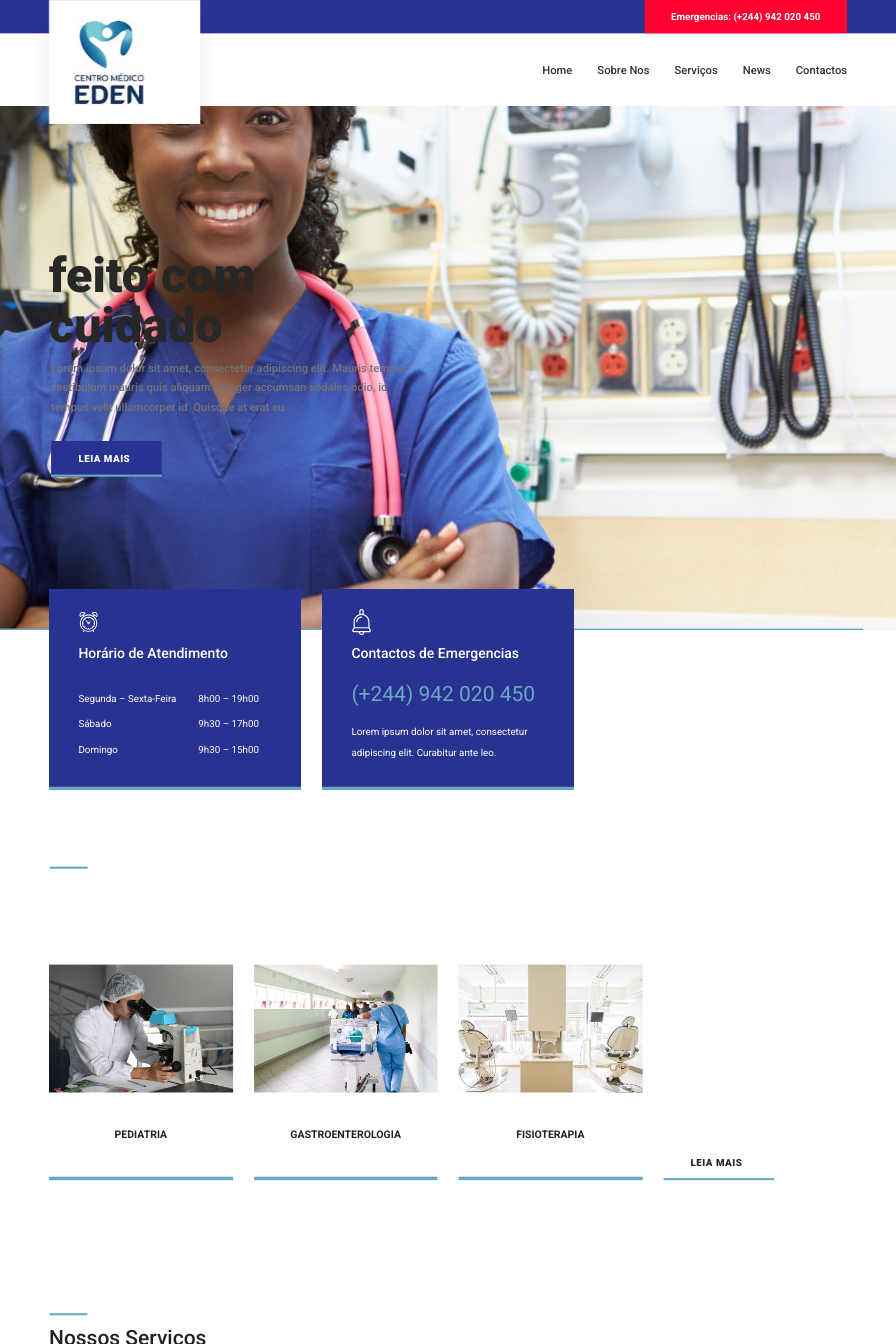
Repository: Nanitamo/centro-medico-eden-webpage
Page: http://localhost/
An editor plug-in stored every save of this project. The page is shown before and after the next save, followed by the edit.
The browser window is 1280 px wide. The pictures show the part of the page from y = 0 to 1920 px (the page is 4002 px tall), at 70% of full size.
The page is run by PHP 8.4 with error messages shown; the project is at /var/www/html/.

Above is the page before, as saved 2020-06-18 17:42:52.

### index.php
<?php  ?>

<!DOCTYPE html>
<html lang="pt">
<head>
<title>Centro Médico Eden</title>
<meta charset="utf-8">
<meta http-equiv="X-UA-Compatible" content="IE=edge">
<meta name="description" content="CareMed demo project">
<meta name="viewport" content="width=device-width, initial-scale=1">
<link rel="stylesheet" type="text/css" href="styles/bootstrap4/bootstrap.min.css">
<link href="plugins/font-awesome-4.7.0/css/font-awesome.min.css" rel="stylesheet" type="text/css">
<link rel="stylesheet" type="text/css" href="plugins/OwlCarousel2-2.2.1/owl.carousel.css">
<link rel="stylesheet" type="text/css" href="plugins/OwlCarousel2-2.2.1/owl.theme.default.css">
<link rel="stylesheet" type="text/css" href="plugins/OwlCarousel2-2.2.1/animate.css">
<link rel="stylesheet" type="text/css" href="styles/main_styles.css">
<link rel="stylesheet" type="text/css" href="styles/responsive.css">
</head>
<body>

<div class="super_container">

	<!-- Header -->

	<header class="header trans_200">

		<!-- Top Bar -->
		<div class="top_bar">
			<div class="container">
				<div class="row">
					<div class="col">
						<div class="top_bar_content d-flex flex-row align-items-center justify-content-start">
							<!-- <div class="top_bar_item"><a href="#">FAQ</a></div>
							<div class="top_bar_item"><a href="#">Request an Appointment</a></div> -->
							<div class="emergencies  d-flex flex-row align-items-center justify-content-start ml-auto">Emergencias: (+244) 942 020 450</div>
						</div>

					</div>
				</div>
			</div>
		</div>

		<!-- Header Content -->
		<div class="header_container">
			<div class="container">
				<div class="row">
					<div class="col">
						<div class="header_content d-flex flex-row align-items-center justify-content-start">
							<nav class="main_nav ml-auto">
								<ul>
									<!-- <li><a href="index.html">Home</a></li>
									<li><a href="about.html">Sobre Nos</a></li>
									<li><a href="services.html">Serviços</a></li>
									<li><a href="news.html">News</a></li>
									<li><a href="contact.html">Contactos</a></li> -->
									<li><a href="#">Home</a></li>
									<li><a href="#">Sobre Nos</a></li>
									<li><a href="#">Serviços</a></li>
									<li><a href="#">News</a></li>
									<li><a href="#">Contactos</a></li>
								</ul>
							</nav>
							<div class="hamburger ml-auto"><i class="fa fa-bars" aria-hidden="true"></i></div>
						</div>
					</div>
				</div>
			</div>
		</div>

		<!-- Logo -->
		<div class="logo_container_outer">
			<div class="container">
				<div class="row">
					<div class="col">
						<div class="logo_container">
							<a href="#">
								<div class="logo_content d-flex flex-column align-items-start justify-content-center">
									<!-- <div class="logo_line"></div>
									<div class="logo d-flex flex-row align-items-center justify-content-center">
										<div class="logo_text">Care<span>Med</span></div>
										<div class="logo_box">+</div>
									</div>
									<div class="logo_sub">Health Care Center</div> -->
									<img src="./images/logo.jpg" alt="Logotipo" >
								</div>
							</a>
						</div>
					</div>
				</div>
			</div>
		</div>

	</header>

	<!-- Menu -->

	<div class="menu_container menu_mm">

		<!-- Menu Close Button -->
		<div class="menu_close_container">
			<div class="menu_close"></div>
		</div>

		<!-- Menu Items -->
		<div class="menu_inner menu_mm">
			<div class="menu menu_mm">
				<ul class="menu_list menu_mm">
					<!-- <li class="menu_item menu_mm"><a href="index.html">Home</a></li>
					<li class="menu_item menu_mm"><a href="about.html">Sobre Nos</a></li>
					<li class="menu_item menu_mm"><a href="services.html">Serviços</a></li>
					<li class="menu_item menu_mm"><a href="news.html">News</a></li>
					<li class="menu_item menu_mm"><a href="contact.html">Contactos</a></li> -->
					<li class="menu_item menu_mm"><a href="index.php">Home</a></li>
					<li class="menu_item menu_mm"><a href="#">Sobre Nos</a></li>
					<li class="menu_item menu_mm"><a href="">Serviços</a></li>
					<li class="menu_item menu_mm"><a href="#">News</a></li>
					<li class="menu_item menu_mm"><a href="#">Contactos</a></li>
				</ul>
			</div>
			<div class="menu_extra">
				<div class="menu_appointment"><a href="#">Request an Appointment</a></div>
				<div class="menu_emergencies">Para Emergencias: (+244) 942 020 450</div>
			</div>

		</div>

	</div>

	<!-- Home -->

	<div class="home">
		<div class="home_slider_container">
			<!-- Home Slider -->
			<div class="owl-carousel owl-theme home_slider">

				<!-- Slider Item -->
				<div class="owl-item">
					<div class="home_slider_background" style="background-image:url(images/bg-02.jpg)"></div>
					<div class="home_content">
						<div class="container">
							<div class="row">
								<div class="col">
									<div class="home_content_inner">
										<div class="home_title"><h1>feito com cuidado</h1></div>
										<div class="home_text">
											<p>Lorem ipsum dolor sit amet, consectetur adipiscing elit. Mauris tempus vestibulum mauris quis aliquam. Integer accumsan sodales odio, id tempus velit ullamcorper id. Quisque at erat eu.</p>
										</div>
										<div class="button home_button">
											<a href="#">leia mais</a>
										</div>
									</div>
								</div>
							</div>
						</div>
					</div>
				</div>

				<!-- Slider Item -->
				<div class="owl-item">
					<div class="home_slider_background" style="background-image:url(images/bg-02.jpg)"></div>
					<div class="home_content">
						<div class="container">
							<div class="row">
								<div class="col">
									<div class="home_content_inner">
										<div class="home_title"><h1>Medicine made with care</h1></div>
										<div class="home_text">
											<p>Lorem ipsum dolor sit amet, consectetur adipiscing elit. Mauris tempus vestibulum mauris quis aliquam. Integer accumsan sodales odio, id tempus velit ullamcorper id. Quisque at erat eu.</p>
										</div>
										<div class="button home_button">
											<a href="#">leia Mais</a>
										</div>
									</div>
								</div>
							</div>
						</div>
					</div>
				</div>

				<!-- Slider Item -->
				<div class="owl-item">
					<div class="home_slider_background" style="background-image:url(images/bg-02.jpg)"></div>
					<div class="home_content">
						<div class="container">
							<div class="row">
								<div class="col">
									<div class="home_content_inner">
										<div class="home_title"><h1>Medicine made with care</h1></div>
										<div class="home_text">
											<p>Lorem ipsum dolor sit amet, consectetur adipiscing elit. Mauris tempus vestibulum mauris quis aliquam. Integer accumsan sodales odio, id tempus velit ullamcorper id. Quisque at erat eu.</p>
										</div>
										<div class="button home_button">
											<a href="#">leia Mais</a>
										</div>
									</div>
								</div>
							</div>
						</div>
					</div>
				</div>

			</div>

			<!-- Slider Progress -->
			<div class="home_slider_progress"></div>
		</div>
	</div>

	<!-- 3 Boxes -->

	<div class="boxes">
		<div class="container">
			<div class="row">

				<!-- Box -->
				<div class="col-lg-4 box_col">
					<div class="box working_hours">
						<div class="box_icon d-flex flex-column align-items-start justify-content-center"><div style="width:29px; height:29px;"><img src="images/alarm-clock.svg" alt=""></div></div>
						<div class="box_title">Horário de Atendimento</div>
						<div class="working_hours_list">
							<ul>
								<li class="d-flex flex-row align-items-center justify-content-start">
									<div>Segunda – Sexta-Feira</div>
									<div class="ml-auto">8h00 – 19h00</div>
								</li>
								<li class="d-flex flex-row align-items-center justify-content-start">
									<div>Sábado</div>
									<div class="ml-auto">9h30 – 17h00</div>
								</li>
								<li class="d-flex flex-row align-items-center justify-content-start">
									<div>Domingo</div>
									<div class="ml-auto">9h30 – 15h00</div>
								</li>
							</ul>
						</div>
					</div>
				</div>

				<!-- Box -->
				<!-- <div class="col-lg-4 box_col">
					<div class="box box_appointments">
						<div class="box_icon d-flex flex-column align-items-start justify-content-center"><div style="width: 29px; height:29px;"><img src="images/phone-call.svg" alt=""></div></div>
						<div class="box_title">Appointments</div>
						<div class="box_text">Lorem ipsum dolor sit amet, consectetur adipiscing elit. Curabitur ante leo, finibus quis est ut, tempor tincidunt ipsum. Nam cons equat semper sollicitudin.</div>
					</div>
				</div> -->

				<!-- Box -->
				<div class="col-lg-4 box_col">
					<div class="box box_emergency">
						<div class="box_icon d-flex flex-column align-items-start justify-content-center"><div style="width: 37px; height:37px; margin-left:-4px;"><img src="images/bell.svg" alt=""></div></div>
						<div class="box_title">Contactos de Emergencias</div>
						<div class="box_phone">(+244) 942 020 450</div>
						<div class="box_emergency_text">Lorem ipsum dolor sit amet, consectetur adipiscing elit. Curabitur ante leo.</div>
					</div>
				</div>

			</div>
		</div>
	</div>

	<!-- About -->

	<!-- <div class="about">
		<div class="container">
			<div class="row row-lg-eq-height"> -->

				<!-- About Content -->
				<!-- <div class="col-lg-7">
					<div class="about_content">
						<div class="section_title"><h2>A great medical team to help your needs</h2></div>
						<div class="about_text">
							<p>Lorem ipsum dolor sit amet, consectetur adipiscing elit. Curabitur ante leo, finibus quis est ut, tempor tincidunt ipsum. Nam consequat semper sollicitudin. Aliquam nec dapibus massa. Pellen tesque in luctus ex. Praesent luctus erat sit amet tortor aliquam bibendum. Nulla ut molestie augue, scelerisque consectetur quam. Dolor sit amet, consectetur adipiscing elit. Cura bitur ante leo, finibus quis est ut, tempor tincidunt ipsum. Nam consequat semper sollicitudin. Aliquam nec dapibus massa. Pellentesque in luctus ex.</p>
						</div>
						<div class="button about_button">
							<a href="#">read more</a>
						</div>
					</div>
				</div> -->

				<!-- About Image -->
				<!-- <div class="col-lg-5">
					<div class="about_image"><img src="images/about.png" alt=""></div>
				</div>
			</div>
		</div>
	</div> -->

	<!-- Departments -->

	<div class="departments">
		<div class="departments_background parallax-window" data-parallax="scroll" data-image-src="images/departments.jpg" data-speed="0.8"></div>
		<div class="container">
			<div class="row">
				<div class="col">
					<div class="section_title section_title_light"><h2>Nossos Departamentos</h2></div>
				</div>
			</div>
			<div class="row departments_row row-md-eq-height">

				<!-- Department -->
				<div class="col-lg-3 col-md-6 dept_col">
					<div class="dept">
						<div class="dept_image"><img src="images/dept_1.jpg" alt=""></div>
						<div class="dept_content text-center">
							<div class="dept_title">Pediatria</div>
							<!-- <div class="dept_subtitle">Dr. James Smith</div> -->
						</div>
					</div>
				</div>

				<!-- Department -->
				<div class="col-lg-3 col-md-6 dept_col">
					<div class="dept">
						<div class="dept_image"><img src="images/dept_2.jpg" alt=""></div>
						<div class="dept_content text-center">
							<div class="dept_title">gastroenterologia</div>
							<!-- <div class="dept_subtitle">Dr. Gunter Roscoe</div> -->
						</div>
					</div>
				</div>

				<!-- Department -->
				<div class="col-lg-3 col-md-6 dept_col">
					<div class="dept">
						<div class="dept_image"><img src="images/dept_3.jpg" alt=""></div>
						<div class="dept_content text-center">
							<div class="dept_title">Fisioterapia</div>
							<!-- <div class="dept_subtitle">Dr. Maria Williams</div> -->
						</div>
					</div>
				</div>

				<!-- Department -->
				<div class="col-lg-3 col-md-6 dept_col">
					<div class="dept">
						<div class="dept_text">
							<p>Lorem ipsum dolor sit amet, consectetur adipiscing elit. Curabitur ante leo, finibus quis est ut, tempor tincidunt ipsum. Nam consequat semper sollicitudin. Aliquam nec dap ibus massa. Pellen tesque in luctus ex.</p>
						</div>
						<div class="button dept_button"><a href="#">Leia Mais</a></div>
					</div>
				</div>
			</div>
		</div>
	</div>

	<!-- Services -->

	<div class="services">
		<div class="container">
			<div class="row">
				<div class="col">
					<div class="section_title"><h2>Nossos Serviços</h2></div>
				</div>
			</div>
			<div class="row services_row">

				<!-- Service -->
				<div class="col-lg-4 col-md-6 service_col">
					<a href="services.html">
						<div class="service text-center trans_200">
							<div class="service_icon"><img class="svg" src="images/service_1.svg" alt=""></div>
							<div class="service_title trans_200">Pedratria</div>
							<div class="service_text">
								<p>Lorem ipsum dolor sit amet, consectetur adipiscing elit. Curabitur ante leo, finibus quis est ut, tempor tincidunt ipsum. Nam consequat semper sollicitudin.</p>
							</div>
						</div>
					</a>
				</div>

				<!-- Service -->
				<div class="col-lg-4 col-md-6 service_col">
					<a href="services.html">
						<div class="service text-center trans_200">
							<div class="service_icon"><img class="svg" src="images/service_2.svg" alt=""></div>
							<div class="service_title trans_200">Cardiologia</div>
							<div class="service_text">
								<p>Lorem ipsum dolor sit amet, consectetur adipiscing elit. Curabitur ante leo, finibus quis est ut, tempor tincidunt ipsum. Nam consequat semper sollicitudin.</p>
							</div>
						</div>
					</a>
				</div>

				<!-- Service -->
				<div class="col-lg-4 col-md-6 service_col">
					<a href="services.html">
						<div class="service text-center trans_200">
							<div class="service_icon"><img class="svg" src="images/service_3.svg" alt=""></div>
							<div class="service_title trans_200">Ortopedia</div>
							<div class="service_text">
								<p>Lorem ipsum dolor sit amet, consectetur adipiscing elit. Curabitur ante leo, finibus quis est ut, tempor tincidunt ipsum. Nam consequat semper sollicitudin.</p>
							</div>
						</div>
					</a>
				</div>

				<!-- Service -->
				<div class="col-lg-4 col-md-6 service_col">
					<a href="services.html">
						<div class="service text-center trans_200">
							<div class="service_icon"><img class="svg" src="images/service_4.svg" alt=""></div>
							<div class="service_title trans_200">Medicina Dentaria</div>
							<div class="service_text">
								<p>Lorem ipsum dolor sit amet, consectetur adipiscing elit. Curabitur ante leo, finibus quis est ut, tempor tincidunt ipsum. Nam consequat semper sollicitudin.</p>
							</div>
						</div>
					</a>
				</div>

				<!-- Service -->
				<div class="col-lg-4 col-md-6 service_col">
					<a href="services.html">
						<div class="service text-center trans_200">
							<div class="service_icon"><img class="svg" src="images/service_5.svg" alt=""></div>
							<div class="service_title trans_200">Neurologia</div>
							<div class="service_text">
								<p>Lorem ipsum dolor sit amet, consectetur adipiscing elit. Curabitur ante leo, finibus quis est ut, tempor tincidunt ipsum. Nam consequat semper sollicitudin.</p>
							</div>
						</div>
					</a>
				</div>

				<!-- Service -->
				<div class="col-lg-4 col-md-6 service_col">
					<a href="services.html">
						<div class="service text-center trans_200">
							<div class="service_icon"><img class="svg" src="images/service_6.svg" alt=""></div>
							<div class="service_title trans_200">Nutrição</div>
							<div class="service_text">
								<p>Lorem ipsum dolor sit amet, consectetur adipiscing elit. Curabitur ante leo, finibus quis est ut, tempor tincidunt ipsum. Nam consequat semper sollicitudin.</p>
							</div>
						</div>
					</a>
				</div>
			</div>
		</div>
	</div>

	<!-- Call to action -->

	<div class="cta">
		<div class="cta_background parallax-window" data-parallax="scroll" data-image-src="images/cta.jpg" data-speed="0.8"></div>
		<div class="container">
			<div class="row">
				<div class="col">
					<div class="cta_content text-center">
						<h2>Precisa de um plano de saúde pessoal?</h2>
						<p>Duis massa massa, mollis vel ullamcorper quis, finibus et urna. Aliquam ac eleifend metus. Ut sollicitudin risus ex</p>
						<div class="button cta_button"><a href="#">solicitar um plano</a></div>
					</div>
				</div>
			</div>
		</div>
	</div>

	<!-- Footer -->

	<footer class="footer">
		<div class="footer_container">
			<div class="container">
				<div class="row">

					<!-- Footer - About -->
					<div class="col-lg-4 footer_col">
						<div class="footer_about">
							<div class="footer_logo_container">
								<a href="#" class="d-flex flex-column align-items-center justify-content-center">
									<!-- <div class="logo_content">
										<div class="logo d-flex flex-row align-items-center justify-content-center">
											<div class="logo_text">Care<span>Med</span></div>
											<div class="logo_box">+</div>
										</div>
										<div class="logo_sub">Health Care Center</div>
									</div> -->
									<img src="./images/logo.jpg" alt="Logotipo">
								</a>
							</div>
							<div class="footer_about_text">
								<p>Slogan</p>
							</div>
							<ul class="footer_about_list">
								<li><div class="footer_about_icon"><img src="images/phone-call.svg" alt=""></div><span>(+244) 942 020 450 | 912 755 204</span></li>
								<li><div class="footer_about_icon"><img src="images/envelope.svg" alt=""></div><span>geral@clinicaeden.org</span></li>
								<li><div class="footer_about_icon"><img src="images/placeholder.svg" alt=""></div><span>Rua dos Lírios nº61, Urb. Jardins do Éden, Camama, Município de Belas, Luanda-Angola</span></li>
							</ul>
						</div>
					</div>

					<!-- Footer - Links -->
					<div class="col-lg-4 footer_col">
						<div class="footer_links footer_column">
							<div class="footer_title">Outras Entidade</div>
							<ul>
								<!-- <li><a href="#">Testimonials</a></li>
								<li><a href="#">FAQ</a></li>
								<li><a href="#">Apply for a Job</a></li>
								<li><a href="#">Terms & Conditions</a></li>
								<li><a href="#">Our Partners</a></li>
								<li><a href="#">Services</a></li>-->
								<li><a href="#">About us</a></li>
								<li><a href="#">News</a></li>
								<li><a href="#">Contact</a></li>

							</ul>
						</div>
					</div>

					<!-- Footer - News -->
					<div class="col-lg-4 footer_col">
						<div class="footer_news footer_column">
							<div class="footer_title">Links de interesse </div>
							<ul>
								<li>
									<div class="footer_news_title"><a href="news.html">Aliquam ac eleifend metus</a></div>
									<div class="footer_news_date">Junho 10, 2020</div>
								</li>
								<li>
									<div class="footer_news_title"><a href="news.html">Donec in libero sit amet mi vulputate</a></div>
									<div class="footer_news_date">Junho 10, 2020</div>
								</li>
								<li>
									<div class="footer_news_title"><a href="news.html">Aliquam ac eleifend metus</a></div>
									<div class="footer_news_date">Junho 10, 2020</div>
								</li>
							</ul>
						</div>
					</div>
				</div>
			</div>
		</div>
		<div class="copyright">
			<div class="container">
				<div class="row">
					<div class="col">
						<div class="copyright_content d-flex flex-lg-row flex-column align-items-lg-center justify-content-start">
							<div class="cr"><!-- Link back to Colorlib can't be removed. Template is licensed under CC BY 3.0. -->
						Copyright &copy;<script>document.write(new Date().getFullYear());</script> Todos os Direitos Reservados <i class="fa fa-heart-o" aria-hidden="true"></i> by <a href="" target="_blank">Centro Medico Eden</a>
<!-- Link back to Colorlib can't be removed. Template is licensed under CC BY 3.0. --></div>
							<div class="footer_social ml-lg-auto">
								<ul>
									<!-- <li><a href="#"><i class="fa fa-pinterest" aria-hidden="true"></i></a></li> -->
									<li><a href="#"><i class="fa fa-facebook" aria-hidden="true"></i></a></li>
									<li><a href="#"><i class="fa fa-twitter" aria-hidden="true"></i></a></li>
									<!-- <li><a href="#"><i class="fa fa-dribbble" aria-hidden="true"></i></a></li>
									<li><a href="#"><i class="fa fa-behance" aria-hidden="true"></i></a></li> -->
									<li><a href="#"><i class="fa fa-linkedin" aria-hidden="true"></i></a></li>
								</ul>
							</div>
						</div>
					</div>
				</div>
			</div>
		</div>
	</footer>
</div>

<script src="js/jquery-3.2.1.min.js"></script>
<script src="styles/bootstrap4/popper.js"></script>
<script src="styles/bootstrap4/bootstrap.min.js"></script>
<script src="plugins/OwlCarousel2-2.2.1/owl.carousel.js"></script>
<script src="plugins/easing/easing.js"></script>
<script src="plugins/parallax-js-master/parallax.min.js"></script>
<script src="js/custom.js"></script>
</body>
</html>

Loaded but not shown: styles/bootstrap4/bootstrap.min.css (library); plugins/font-awesome-4.7.0/css/font-awesome.min.css (library); plugins/OwlCarousel2-2.2.1/owl.carousel.css (library); plugins/OwlCarousel2-2.2.1/owl.theme.default.css (common file); plugins/OwlCarousel2-2.2.1/animate.css (library); js/jquery-3.2.1.min.js (library); styles/bootstrap4/popper.js (library); styles/bootstrap4/bootstrap.min.js (library); plugins/OwlCarousel2-2.2.1/owl.carousel.js (library); plugins/easing/easing.js (library); plugins/parallax-js-master/parallax.min.js (library); images/alarm-clock.svg (49 lines, source omitted); images/phone-call.svg (54 lines, source omitted); images/service_6.svg (69 lines, source omitted); images/service_4.svg (49 lines, source omitted); images/placeholder.svg (44 lines, source omitted); images/service_5.svg (49 lines, source omitted); images/service_1.svg (69 lines, source omitted); images/bell.svg (44 lines, source omitted); images/service_3.svg (39 lines, source omitted); images/envelope.svg (39 lines, source omitted); images/service_2.svg (59 lines, source omitted); js/custom.js (204 lines, source omitted); styles/main_styles.css (1312 lines, source omitted); styles/responsive.css (427 lines, source omitted)

After the next save:
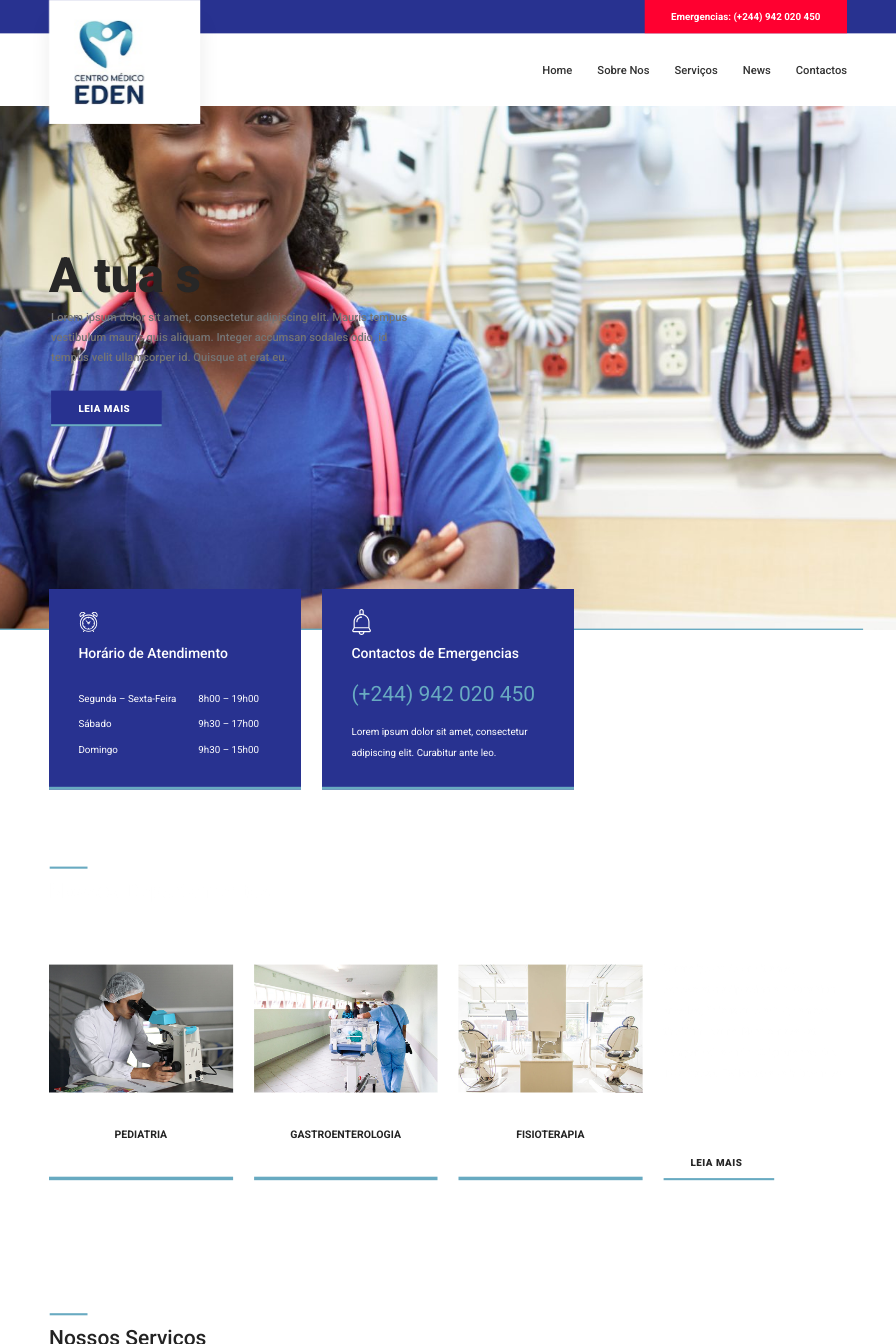
Saved 6 s later.
--- a/index.php
+++ b/index.php
@@ -141,7 +141,7 @@
 							<div class="row">
 								<div class="col">
 									<div class="home_content_inner">
-										<div class="home_title"><h1>feito com cuidado</h1></div>
+										<div class="home_title"><h1>A tua s</h1></div>
 										<div class="home_text">
 											<p>Lorem ipsum dolor sit amet, consectetur adipiscing elit. Mauris tempus vestibulum mauris quis aliquam. Integer accumsan sodales odio, id tempus velit ullamcorper id. Quisque at erat eu.</p>
 										</div>
